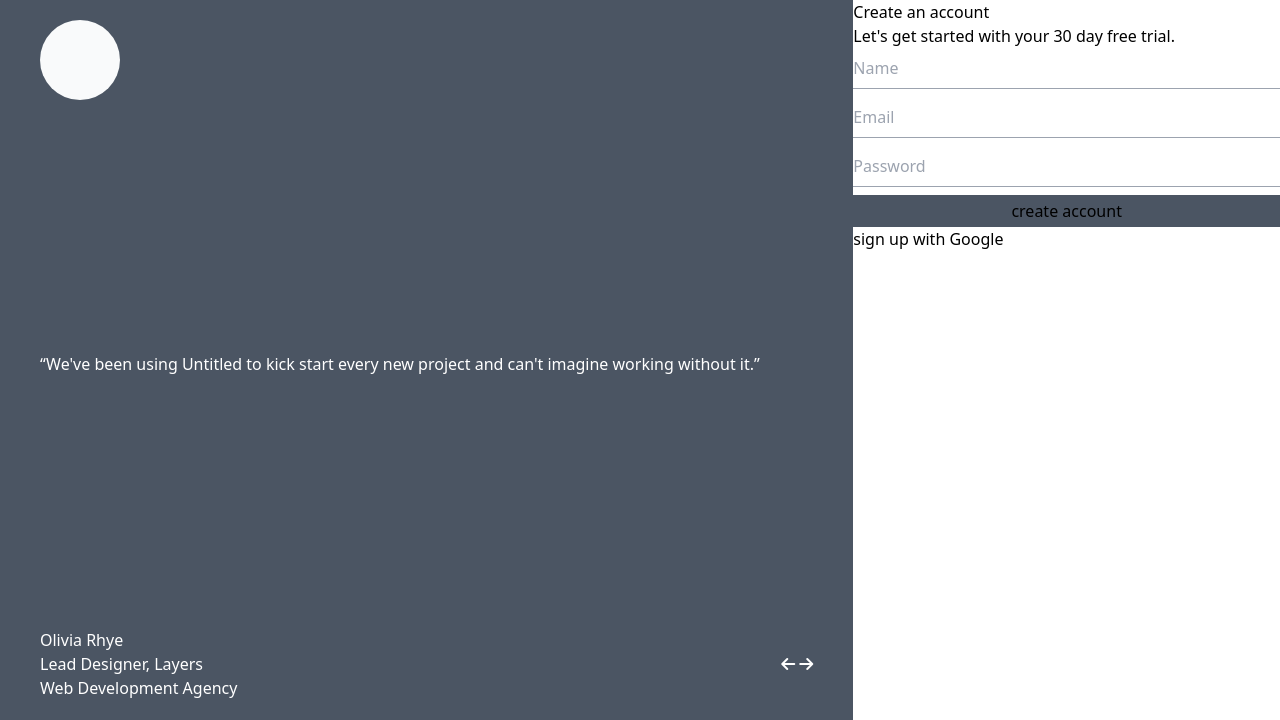
Repository: debthebuilder/youtube-html-contact-form-tailwindcss
Page: contact.html
These files come from the project's save history. The page is drawn as it stood at one moment and after the next save; the edit follows.
The browser window is 1280 px wide. The pictures show the whole page.
Some web libraries are served in a nearby version.

Above is the page before, as saved 2022-08-03 05:45:22.

### contact.html
<!DOCTYPE html>
<html lang="en">
<head>
    <meta charset="UTF-8">
    <meta http-equiv="X-UA-Compatible" content="IE=edge">
    <meta name="viewport" content="width=device-width, initial-scale=1.0">
    <link rel="stylesheet" href="https://cdnjs.cloudflare.com/ajax/libs/font-awesome/6.1.2/css/all.min.css" integrity="sha512-1sCRPdkRXhBV2PBLUdRb4tMg1w2YPf37qatUFeS7zlBy7jJI8Lf4VHwWfZZfpXtYSLy85pkm9GaYVYMfw5BC1A==" crossorigin="anonymous" referrerpolicy="no-referrer" />
    <script src="https://cdn.tailwindcss.com"></script>
    <title>HTML Contact Form</title>
</head>
<body>
    <div class="w-full h-screen flex">
        <!--Background Image with Overlay text-->
        <div class="w-4/6 bg-gray-600 text-white flex flex-col justify-between py-5 px-10">
            <a href="#" class="block">
                <div class="w-20 h-20 bg-gray-50 rounded-full"></div>
            </a>
            <q>We've been using Untitled to kick start every new project and can't imagine working without it.</q>
            <div class="flex flex-row items-center justify-between">
                <div>
                    <h3>Olivia Rhye</h3>
                    <div>Lead Designer, Layers</div>
                    <span>Web Development Agency</span>
                </div>
                <div>
                    <span>
                        <i class="fa-solid fa-arrow-left"></i>
                    </span>
                    <span>
                        <i class="fa-solid fa-arrow-right"></i>
                    </span>
                </div>
            </div>
        </div>
        <!--Form-->
        <div class="w-2/6">
            <h2>Create an account</h2>
            <span>Let's get started with your 30 day free trial.</span>
            <form>
                <input type="text" name="name" placeholder="Name" class="w-full border-b border-gray-400 pb-2 focus:outline-none focus:border-0 focus:border-b-2 my-2">
                <input type="email" name="email" placeholder="Email" class="w-full border-b border-gray-400 pb-2 focus:outline-none focus:border-0 focus:border-b-2 my-2">
                <input type="password" name="password" placeholder="Password" class="w-full border-b border-gray-400 pb-2 focus:outline-none focus:border-0 focus:border-b-2 my-2">
                <button class="block bg-gray-600 w-full py-1">create account</button>
                <button>sign up with Google</button>
            </form>
        </div>
    </div>
</body>
</html>

After the next save:
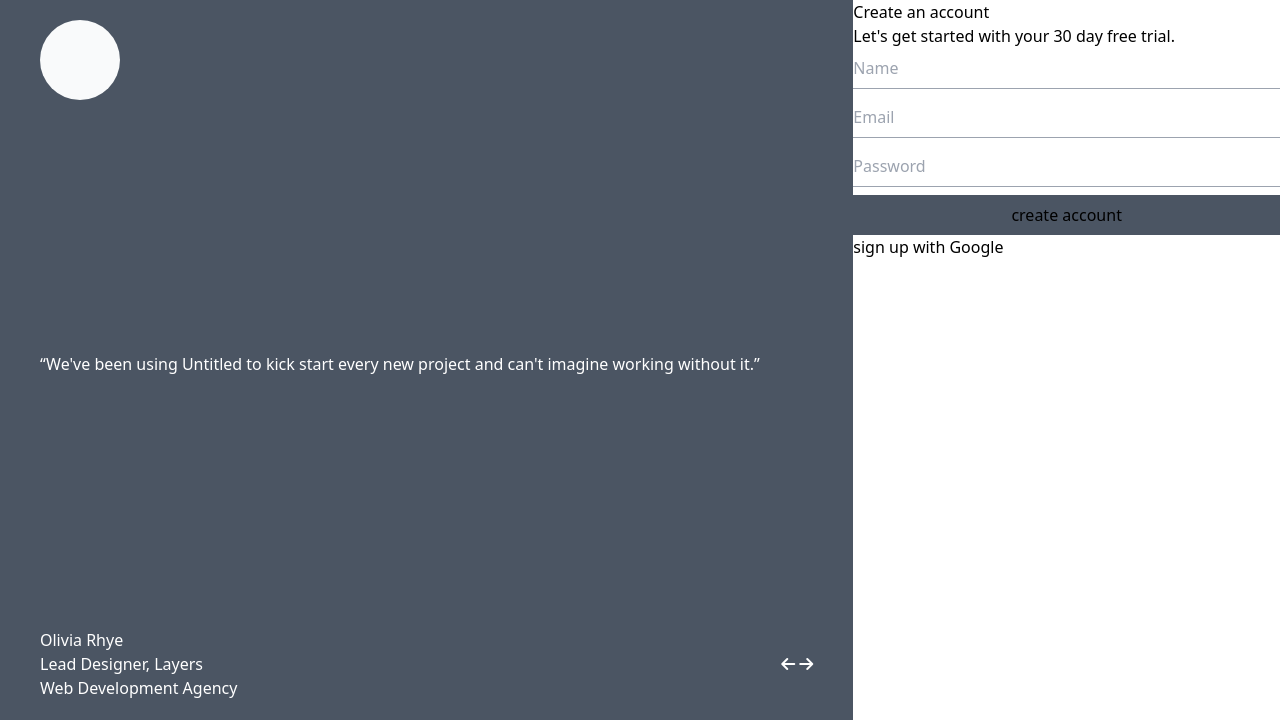
Saved 10 s later.
--- a/contact.html
+++ b/contact.html
@@ -40,7 +40,7 @@
                 <input type="text" name="name" placeholder="Name" class="w-full border-b border-gray-400 pb-2 focus:outline-none focus:border-0 focus:border-b-2 my-2">
                 <input type="email" name="email" placeholder="Email" class="w-full border-b border-gray-400 pb-2 focus:outline-none focus:border-0 focus:border-b-2 my-2">
                 <input type="password" name="password" placeholder="Password" class="w-full border-b border-gray-400 pb-2 focus:outline-none focus:border-0 focus:border-b-2 my-2">
-                <button class="block bg-gray-600 w-full py-1">create account</button>
+                <button class="block bg-gray-600 w-full py-2">create account</button>
                 <button>sign up with Google</button>
             </form>
         </div>
